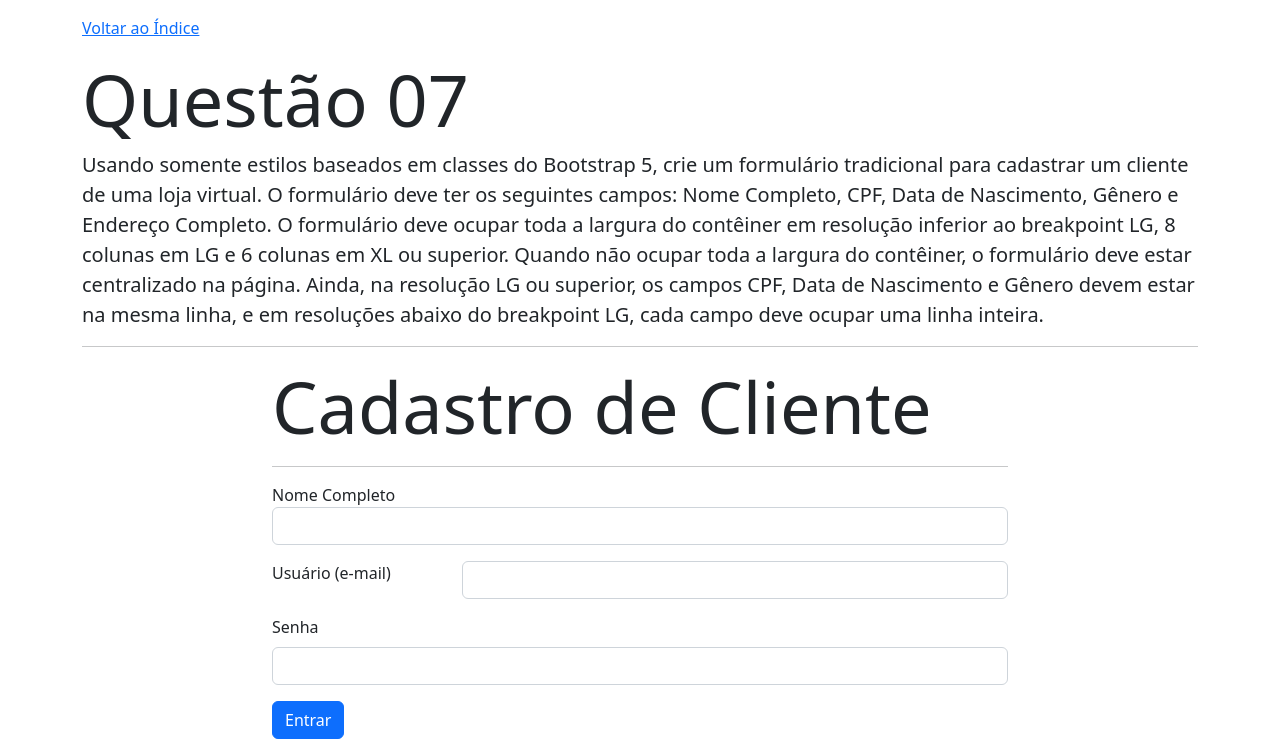
Repository: In-Game-full/Reprograme-se
Page: S-8/Atividade-Pratica-da-Semana-3-do-Replit/questao07.html
These files come from the project's save history. The page is drawn as it stood at one moment and after the next save; the edit follows.
The browser window is 1280 px wide. The pictures show the whole page.

Above is the page before, as saved 2023-09-12 15:36:12.

After the next save:
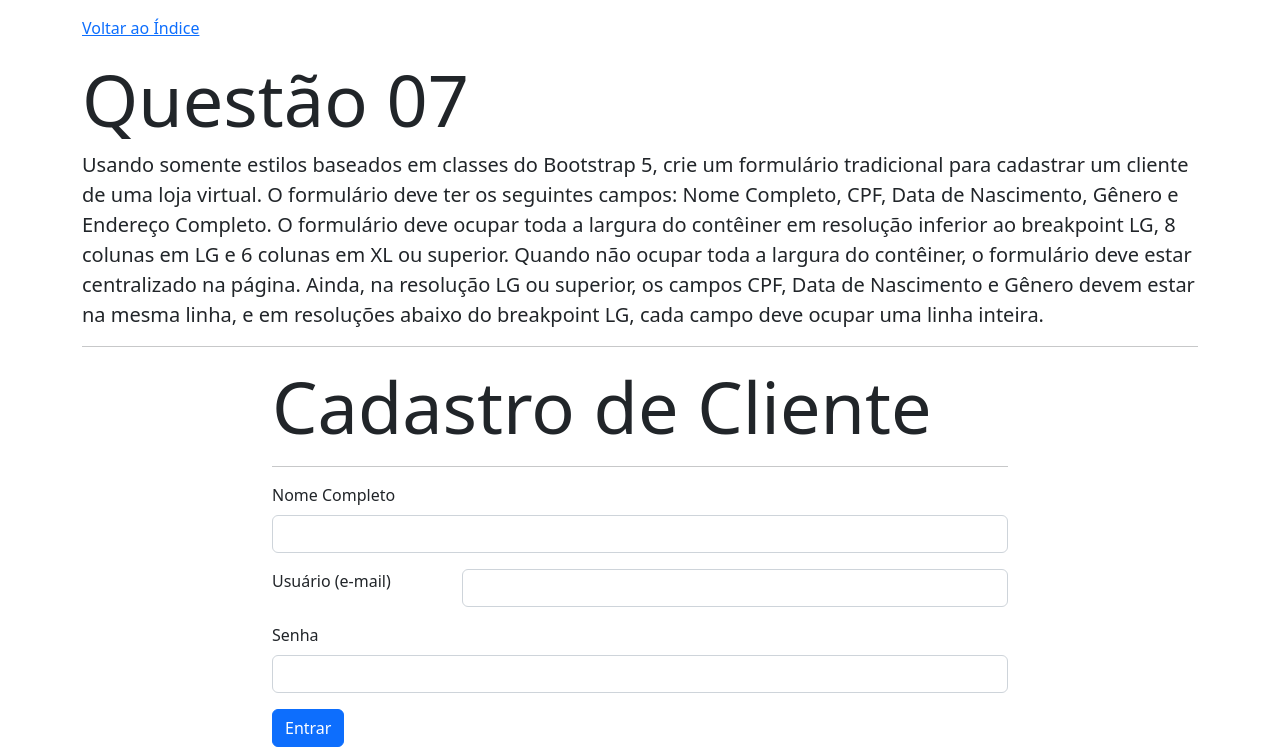
Saved 5 s later.
--- a/S-8/Atividade-Pratica-da-Semana-3-do-Replit/questao07.html
+++ b/S-8/Atividade-Pratica-da-Semana-3-do-Replit/questao07.html
@@ -27,7 +27,7 @@
                 <hr>
                 <form action="">
                     <div class="mb-3">
-                        <label for="" class="">Nome Completo</label>
+                        <label for="" class="form-label">Nome Completo</label>
                         <input type="text" class="form-control">
                     </div>
                     <div class="row mb-3">
